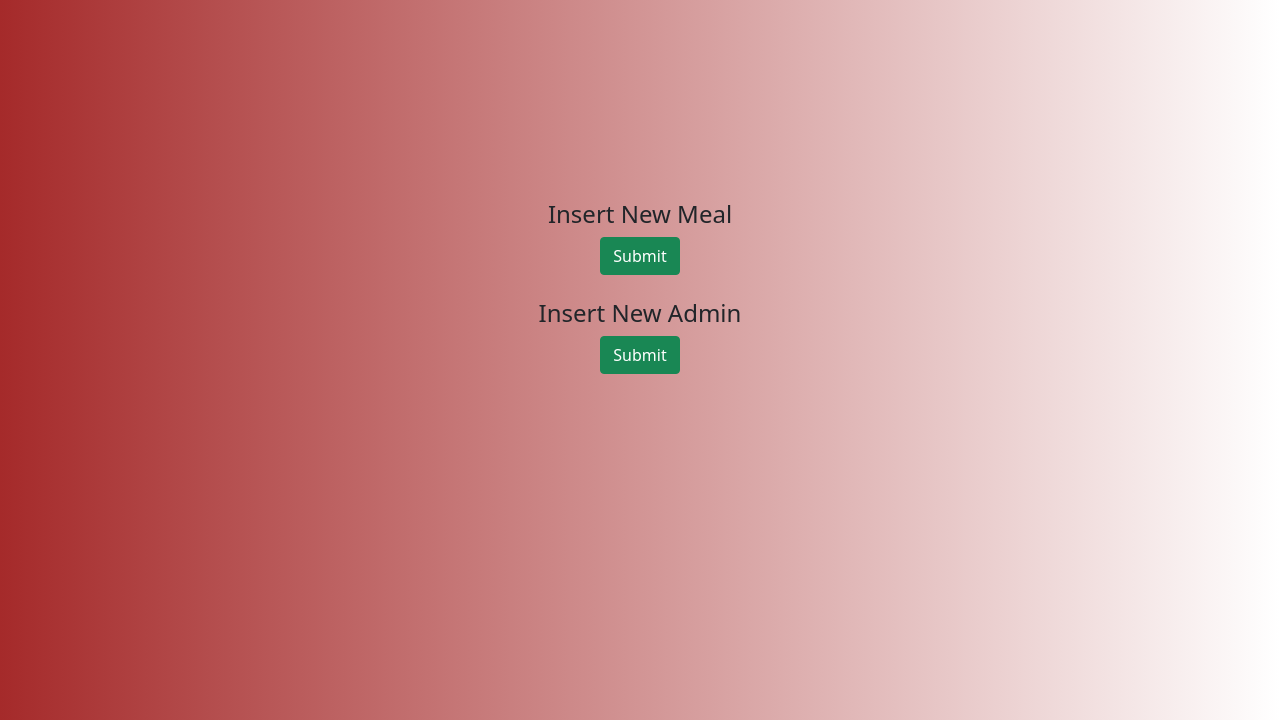
Repository: selvakumar46/Project-Maven
Page: http://localhost/ProjectKFC/Insert.jsp
These files come from the project's save history. The page is drawn as it stood at one moment and after the next save; the edit follows.
The browser window is 1280 px wide. The pictures show the whole page.
The page is served by Tomcat 9. Nobody is signed in. The application's start-up code is not run.

Above is the page before, as saved 2022-01-12 05:27:32.

After the next save:
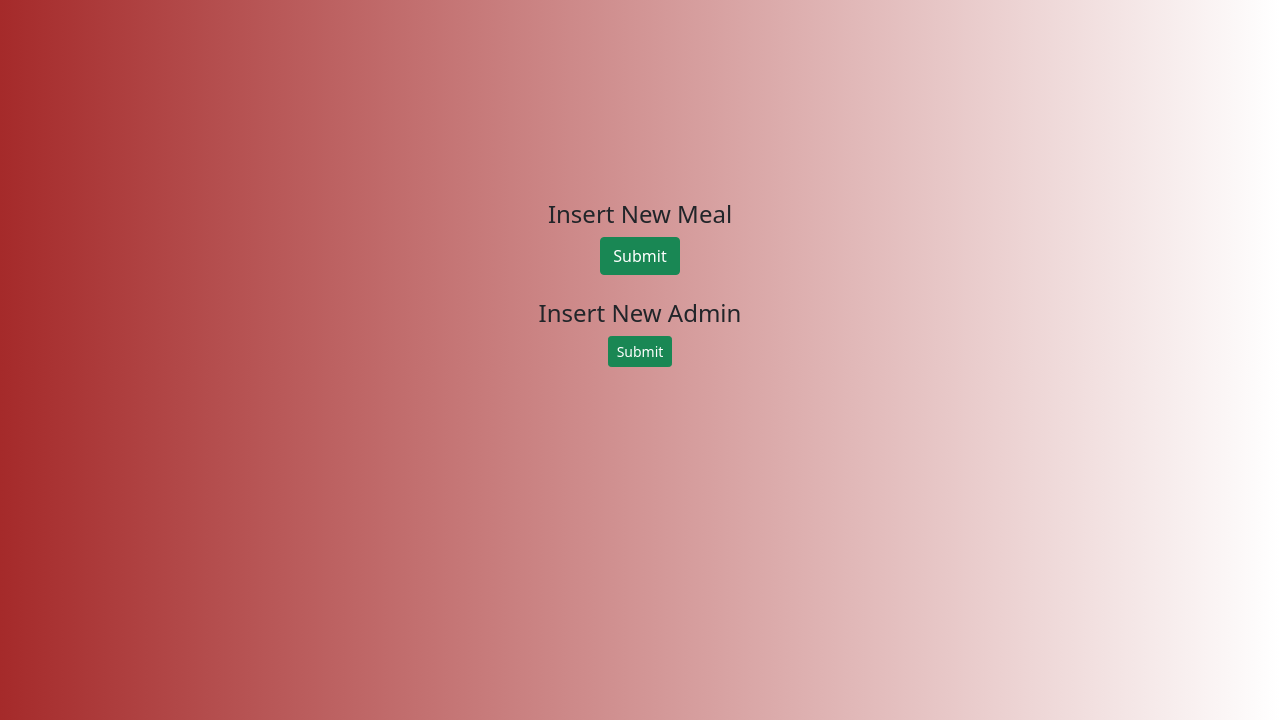
Saved 41 s later.
--- a/ProjectKFC/src/main/webapp/Insert.jsp
+++ b/ProjectKFC/src/main/webapp/Insert.jsp
@@ -27,7 +27,7 @@ body {
 		</form> <br>
 	<form action="NewAdmin.jsp">
 		<div>
-			<h4>Insert New Admin</h4><button type="submit" class="btn btn-success">Submit</button>
+			<h4>Insert New Admin</h4><button type="submit" class="btn btn-success btn-sm">Submit</button>
 		</div>
 	</form>
 	</center>
